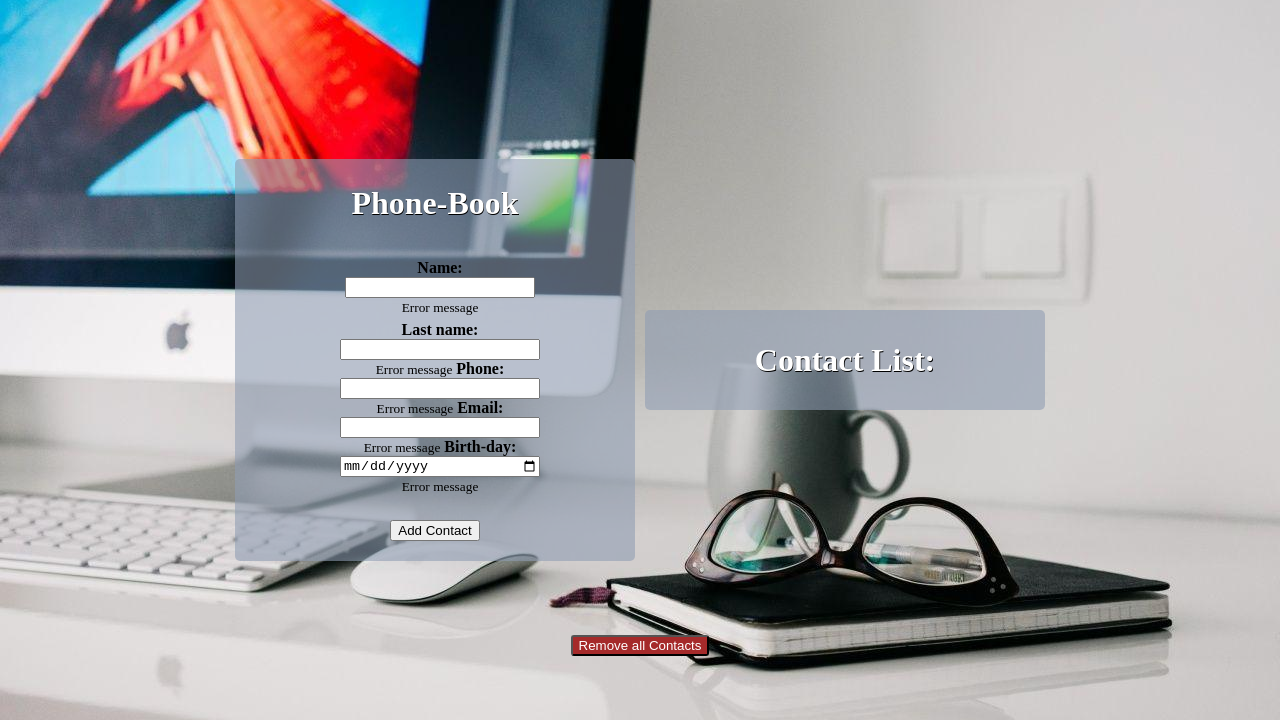
Repository: STA1357/Phone-book
Page: Inner.html
The author's editor kept a copy of each file at every save. The page is drawn from the files as they stood at one save, then again after the next save.
The browser window is 1280 px wide. The pictures show the whole page.

Above is the page before, as saved 2020-12-12 10:43:08.
Console error: ReferenceError: userNameValue is not defined

### Inner.html
<!DOCTYPE html>
<html lang="en">
<head>
    <meta charset="UTF-8">
    <meta name="viewport" content="width=device-width, initial-scale=1.0">
    <title>Phone Book</title>
    <link rel="stylesheet" href="./styles.css">
    <script src="./app.js"></script>
</head>
<body>
    <form action="#" method="POST" id="form" class="form">

        <header>
            <div class="header-title">
                <h1>Phone-Book</h1>
            </div>
        </header>

        <main>
            <div class="container">

                <div class="form-control">
                <label for="name">Name:</label>
                <input type="text" id="nameInput">
                <small>Error message</small>
                </div>

                <label for="lname">Last name:</label>
                <input type="text" id="lnameInput">
                <small>Error message</small>

                <label for="tel">Phone:</label>
                <input type="text" id="telInput" class="tellinput">
                <small>Error message</small>

                <label for="email">Email:</label>
                <input type="email" id="emailInput">
                <small>Error message</small>

                <label for="birthname">Birth-day:</label>
                <input type="date" id="birthInput">
                <small>Error message</small>
            </div>

        </main>

        <div class="btn">
        <button type="submit" id="btnAdd">Add Contact</button>
    </div>
    </form>
<div class="list-container">
    <h2 class="listTitle">Contact List:</h2>
    <ul id="contactsCount"></ul>
    <ul id="users"></ul>
</div>

<div class="clearBook">
    <button id="clearBookBtn" class="clearBookBtn" onclick="removeAll()">Remove all Contacts</button>
</div>

</body>
</html>

### styles.css
*{
    box-sizing: border-box;

}

body{
    display: flex;
    flex-direction: row;
    align-items: center;
    justify-content: center;
    min-height: 100vh;
    margin: 0;
    background: url("./wp3990421-office-wallpapers.jpg") no-repeat fixed center center;
    background-size: cover;
}

.header-title{
    color: white;
    text-shadow: 0.5px 0.5px black;
}

form{

    background-color: rgba(144, 156, 179, 0.589);
    width: 400px;
    max-width: 100%;
    margin-right: 10px;
    text-align: center;
    border-radius: 5px;
    position: relative;
}

main{
    margin-left: 25%;
}

.container{
    text-align: center;
    display: block;
    width: 70%;
}

.list-container{
    background-color: rgba(144, 156, 179, 0.589);
    width: 400px;
    max-width: 100%;
    page-break-after: 30px 40px;
    border-radius: 5px;
}

.listTitle{
    color: white;
    text-shadow: 0.7px 0.7px black;
    font-size: 32px;
}

.titleLi{
    color: rgb(190, 14, 14);
    text-shadow: 0.5px 0.5px black;
    font-size: 22px;
}

.infoList{
    color: black;
    font-size: 18px;
}

h2{
    text-align: center;
}

label{
    font-weight: bold;
}

input{
    width: 100%;
}








.btn{
    padding: 20px 0;
}


.selected{
    background-color: skyblue;
    color: black;
    text-shadow: 0.5px 0.5px grey;
}

.deleteBtn::before{
    color: brown;
    content: "delete";
    font-weight: bold;
}

.deleteAll::before{
    color: brown;
    content: "delete";
}

div{
    padding: 5px;
}

li{
    font-weight: bold;
    font-style: italic;
}

.clearBook{
    display: block;
    position: fixed;

}

.clearBookBtn{
    margin-top: 570px;
    background-color: brown;
    color: white;
    border-radius: 3px;
}

### app.js


window.onload = function() {
    const localKey = 'contactsCollection';
    const form = document.querySelector('form');
    const list = document.getElementById('users');
    const userName = document.getElementById('nameInput');
    const userLname = document.getElementById('lnameInput');
    const userTel = document.getElementById('telInput');
    const userEmail = document.getElementById('emailInput');
    const userBirth = document.getElementById('birthInput');

    //validation
    form.addEventListener('submit', e => {
        e.preventDefault();

        checkInputs();
    })

    if(userNameValue === ''){
        setErrorFor (userName, 'Can not skip user name')
    } else {
        setSuccessFor (userName);
    }
    if(userLnameValue === ''){
        setErrorFor (userLname, 'Can not skip user last-name')
    } else {
        setSuccessFor (userLname);
    }
    if(userTelValue === ''){
        setErrorFor (userTel, 'Can not skip user phone')
    } else {
        setSuccessFor (userTel);
    }
    if(userEmailValue === ''){
        setErrorFor (userEmail, 'Can not skip email')
    } else {
        setSuccessFor (userEmail);
    }
    if(userBirthValue === ''){
        setErrorFor (userBirth, 'Can not skip user birthday')
    } else {
        setSuccessFor (userBirth);
    }

    function setErrorFor (input, message) {
        const formControl = input.parentElement;
        const small = formControl.querySelector('small');
        formControl.className = 'form-control error';
        small.innerText = message;
        }

        function setSuccessFor (input) {
            const formControl = input.parentElement;
        formControl.className = 'form-control success';
        }



    let contactsList = getContacts();
    let activeContact = null;

    generateContactList();



    function getContacts() {
        const res = localStorage.getItem(localKey);
        return res ? JSON.parse(res) : [];
    }

    function setToStorage(data) {
        localStorage.setItem(localKey, data);
    }

    function updateContactList(newList) {
        const string = JSON.stringify(newList);
        contactsList = newList;
        setToStorage(string);
        generateContactList();
    }

    function recordContact(newContact) {
        updateContactList([...contactsList, newContact])
    }

    function updateContact(newData) {
        contactsList = contactsList.map(contact => contact.id === newData.id ? newData : contact);
        updateContactList(contactsList);
    }

    function deleteContact(removeId) {
        contactsList = contactsList.filter(({ id }) => id !== removeId);
        updateContactList(contactsList);
    }

    function setActiveContact(id) {
        const contact = document.getElementById(`contact-${id}`);
        contact.classList.toggle('active');
    }

    function generateContactList() {
        console.log(contactsList);
        const fragment = document.createDocumentFragment();
        contactsList.forEach((contact) => {
            const { id, name, lastName, phone, mail, birthDay } = contact;
            const container = document.createElement('div');

            container.onclick = () => setActiveContact(id);
            container.id = `contact-${id}`;
            const title = document.createElement('li');
            title.className = 'titleLi'
            title.innerText = `${name} ${lastName}`;

            const infoList = document.createElement('b');
            infoList.className = 'infoList'
            infoList.innerText = `${phone}
            ${mail}
            ${birthDay}`;
            // phonesList.innerText = phones.join(' ');
            container.appendChild(title);
            container.appendChild(infoList);
            fragment.appendChild(container);

            const deleteBtn = document.createElement('button');
            deleteBtn.className = 'deleteBtn'
            fragment.appendChild(deleteBtn);
            deleteBtn.addEventListener('mousedown', function (e) {
                e.preventDefault();
            })

            deleteBtn.addEventListener('click', function (e) {
                console.log(e);
                container.removeChild(title);
                container.removeChild(infoList);
                deleteBtn.style.display = 'none';

            })
            document.getElementById('nameInput').value = "";
            document.getElementById('lnameInput').value = "";
            document.getElementById('telInput').value = "";
            document.getElementById('emailInput').value = "";
            document.getElementById('birthInput').value = "";

            //const btn = document.createElement('button');
            //btn.onclick = () => !deleteContact(removeId);
            //btn.appendChild(container)
            //window.localStorage.clear();

            container.addEventListener('mousedown', function (e) {
                e.preventDefault();
            })

            container.addEventListener('click', function (e) {
                console.log(e);


                if (e.target == this) {
                    return false;

                }
                if (!e.ctrlKey) {
                    clearSelected(this.children);
                }
                addSelected(e.target);
            })

            function clearSelected(elems) {
                for (let elem of elems) {
                    elem.classList.remove('selected');
                }
            }

            function addSelected(target) {
                target.classList.add('selected');
            }
        });


        list.innerHTML = '';
        list.appendChild(fragment);


    }

    function getId() {
        return '_' + Math.random().toString(36).substr(2, 9);
    };

    form.onsubmit = (event) => {
        event.preventDefault();
        const contact = {
            id: getId(),
            name: userName.value,
            lastName: userLname.value,
            phone: userTel.value,
            mail: userEmail.value,
            birthDay: userBirth.value
        }
        recordContact(contact);
        console.log(contact);
    }



}

function removeAll(){
    if(window.confirm("This action will remove all contacts. Are you sure?")){
        window.localStorage.clear();
        document.location.reload();
    }
}


function newFunction() {
    return document.getElementById('contactsCount');
}
//function move_up() {
//document.getElementById('list-container').scrollTop += 10;
//}

//function move_down() {
//document.getElementById('list-container').scrollTop -= 10;
//}

// const form = document.querySelector('form')
// const list = document.getElementById('users')
// const userName = document.getElementById('nameInput')
// const userLname = document.getElementById('lnameInput')
// const userTel = document.getElementById('telInput')
// const userEmail = document.getElementById('emailInput')
// const userBirth = document.getElementById('birthInput')
// const entry = document.createElement('li')


// function addUser() {
//     const list = document.getElementById('users')
//     const userName = document.getElementById('nameInput')
//     const userLname = document.getElementById('lnameInput')
//     const userTel = document.getElementById('telInput')
//     const userEmail = document.getElementById('emailInput')
//     const userBirth = document.getElementById('birthInput')
//     const entry = document.createElement('li')
//     entry.appendChild(document.createTextNode(userName.value + ' ' + userLname.value + ' '
//     + userTel.value + ' ' + userEmail.value + ' ' + userBirth.value))
//     list.appendChild(entry)
//     return false

// }

// let bookContacts = [];

// const addContacts = (ev) => {
//     ev.preventDefault();
//     let contact = {
//         name: document.getElementById('nameInput').value,
//         lname: userLname.value,
//         tel: userTel.value,
//         email: userEmail.value,
//         birthday: userBirth.value
//     }
//     bookContacts.push(contact);
//     document.forms[0].reset();
// }
// document.addEventListener('DomContentLoad', () =>{
//     document.getElementById('btnAdd').addEventListener('click',addContacts)
// })
// console.log(bookContacts);




/*class Person{
    constructor(options){
        this.name = options.name
        this.lname = options.lname
        this.tel = options.tel
        this.email = options.email
        this.birthday = options.birthday
    }
}

class User extends Person{
    static type = "User"
}

const user = new User({
    name: "",
    lname: "",
    tel: "",
    email:"",
    birthday:""
})


localStorage.setItem('userInfo', JSON.stringify(user));




const raw = localStorage.getItem('userInfo')
const userInfo = JSON.parse(raw)
userInfo.name = 'Maxim'

console.log(userInfo);*/

After the next save:
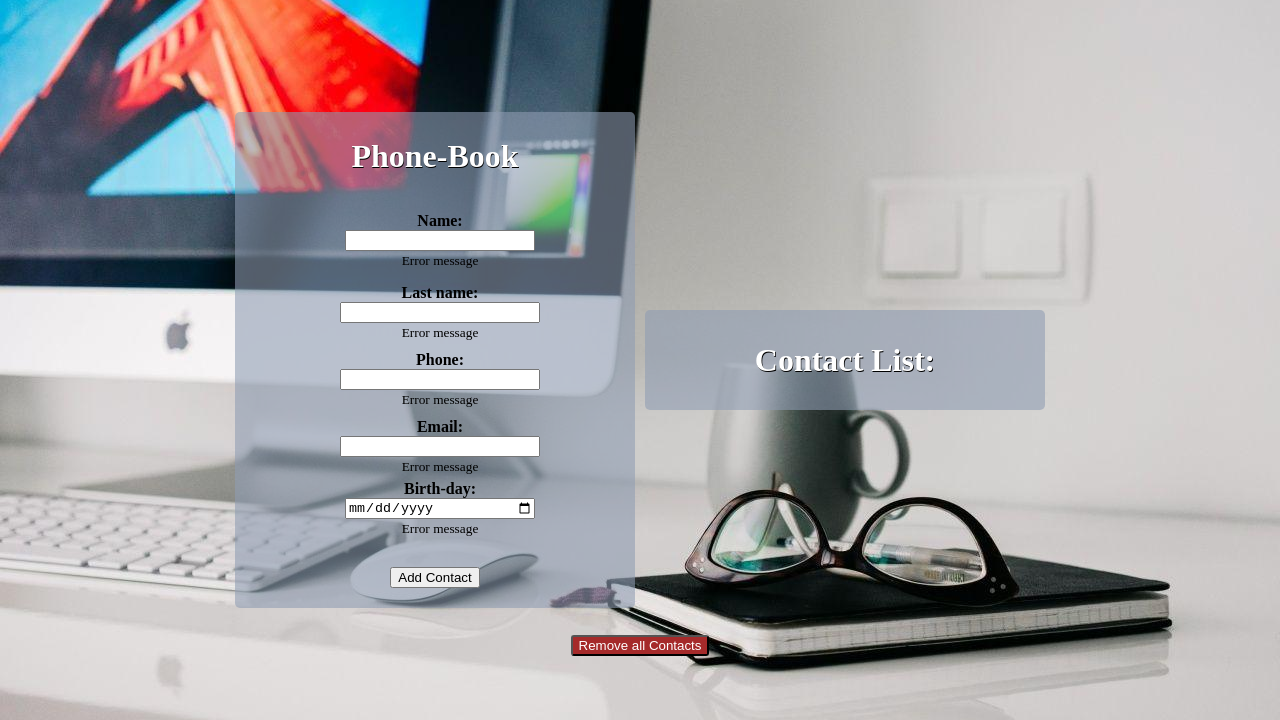
Saved 42 s later.
--- a/Inner.html
+++ b/Inner.html
@@ -25,21 +25,27 @@
                 <small>Error message</small>
                 </div>
 
+                <div class="form-control"></div>
                 <label for="lname">Last name:</label>
                 <input type="text" id="lnameInput">
                 <small>Error message</small>
 
+                <div class="form-control"></div>
                 <label for="tel">Phone:</label>
                 <input type="text" id="telInput" class="tellinput">
                 <small>Error message</small>
 
+                <div class="form-control"></div>
                 <label for="email">Email:</label>
                 <input type="email" id="emailInput">
                 <small>Error message</small>
 
+                <div class="form-control">
                 <label for="birthname">Birth-day:</label>
                 <input type="date" id="birthInput">
                 <small>Error message</small>
+                </div>
+
             </div>
 
         </main>
